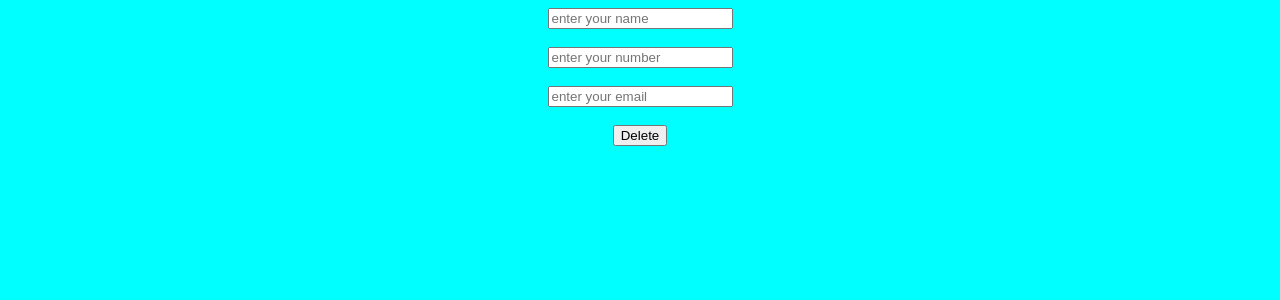
Repository: bpgujjari/Java-Logics
Page: conditional and looping programs/RathanSir/Project1/src/main/webapp/delete.html
The author's editor kept a copy of each file at every save. The page is drawn from the files as they stood at one save, then again after the next save.
The browser window is 1280 px wide. The pictures show the whole page.

Above is the page before, as saved 2023-03-15 16:22:37.

After the next save:
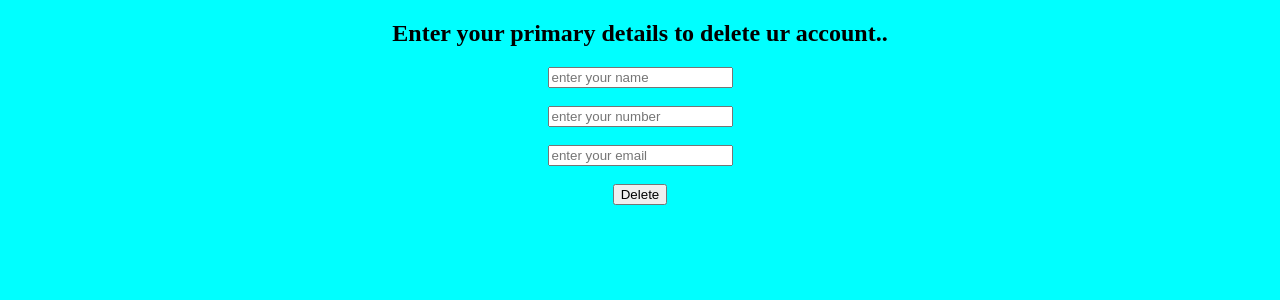
Saved 105 s later.
--- a/conditional and looping programs/RathanSir/Project1/src/main/webapp/delete.html
+++ b/conditional and looping programs/RathanSir/Project1/src/main/webapp/delete.html
@@ -1,9 +1,12 @@
 <!DOCTYPE html>
 <html>
 <body bgcolor="aqua" style="text-align: center;">
+<form action="DeleteServlet"></form>
+<h2>Enter your primary details to delete ur account..</h2>
 <input type="text" name="username" placeholder="enter your name"><br><br>
 <input type="number" name="number" placeholder="enter your number"><br><br>
 <input type="email" name="email" placeholder="enter your email"><br><br>
 <input type="submit" value="Delete">
+</form>
 </body>
 </html>
